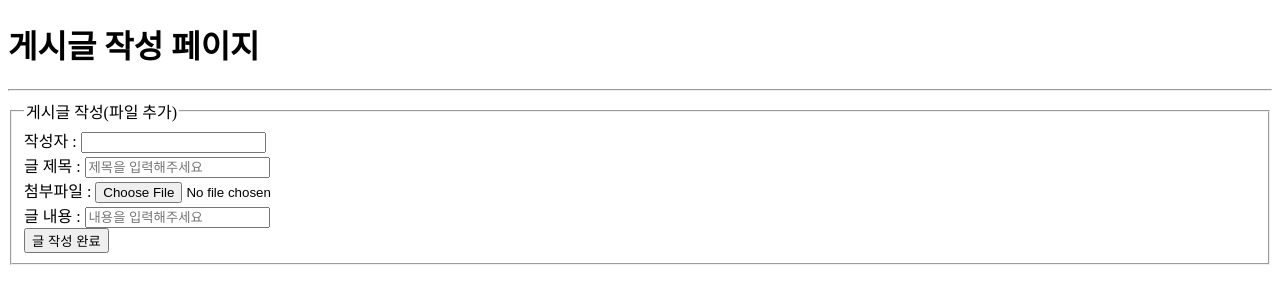
Repository: loseminho/khAcademy-Study
Page: http://localhost/02_SpringMVC_CRUD/boardWriteFrm2.do
These files come from the project's save history. The page is drawn as it stood at one moment and after the next save; the edit follows.
The browser window is 1280 px wide. The pictures show the whole page.
The page is served by Tomcat 9. Other server files are loaded and not shown.

Above is the page before, as saved 2022-10-04 06:49:26.

### spring/workspace-sts-3.9.13.RELEASE/02_SpringMVC_CRUD/src/main/webapp/WEB-INF/views/board/boardWriteFrm2.jsp
<%@ page language="java" contentType="text/html; charset=UTF-8"
    pageEncoding="UTF-8"%>
    <%@ taglib uri="http://java.sun.com/jsp/jstl/core" prefix="c" %>
<!DOCTYPE html>
<html>
<head>
<meta charset="UTF-8">
<title>Insert title here</title>
</head>
<body>
	<h1>게시글 작성 페이지</h1>
	<hr>
	<form action="/boardWrite.do" method="post">
		<fieldset>
			<legend>게시글 작성(파일 추가)</legend>
			작성자 : <input type="text" name="boardWriter" value="${sessionScope.m.memberId }" readonly>
			<br>
			글 제목 : <input type="text" name="boardTitle" placeholder = "제목을 입력해주세요">
			<br>
			첨부파일 : <input type="file" name="boardFile">
			<br>
			글 내용 : <input type="text" name="boardContent" placeholder = "내용을 입력해주세요">
			<br>
			<input type="submit" value="글 작성 완료">
		</fieldset>
	</form>
</body>
</html>

After the next save:
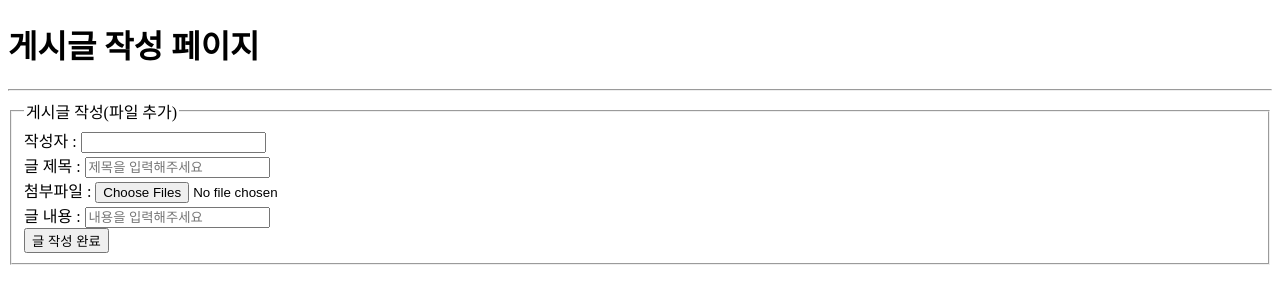
Saved 20 s later.
--- a/spring/workspace-sts-3.9.13.RELEASE/02_SpringMVC_CRUD/src/main/webapp/WEB-INF/views/board/boardWriteFrm2.jsp
+++ b/spring/workspace-sts-3.9.13.RELEASE/02_SpringMVC_CRUD/src/main/webapp/WEB-INF/views/board/boardWriteFrm2.jsp
@@ -17,7 +17,7 @@
 			<br>
 			글 제목 : <input type="text" name="boardTitle" placeholder = "제목을 입력해주세요">
 			<br>
-			첨부파일 : <input type="file" name="boardFile">
+			첨부파일 : <input type="file" name="boardFile" multiple>
 			<br>
 			글 내용 : <input type="text" name="boardContent" placeholder = "내용을 입력해주세요">
 			<br>
